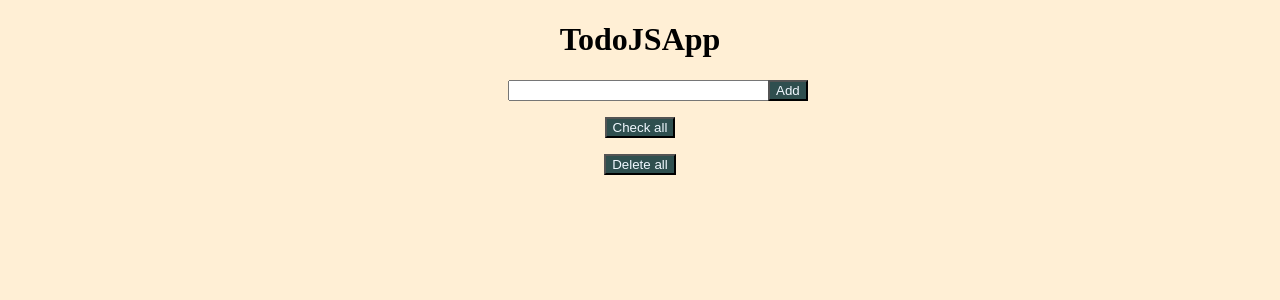
Repository: Follle/Todo
Page: index.html
The author's editor kept a copy of each file at every save. The page is drawn from the files as they stood at one save, then again after a run of saves.
The browser window is 1280 px wide. The pictures show the whole page.

Above is the page before, as saved 2024-03-21 17:15:24.

After the next 2 saves:
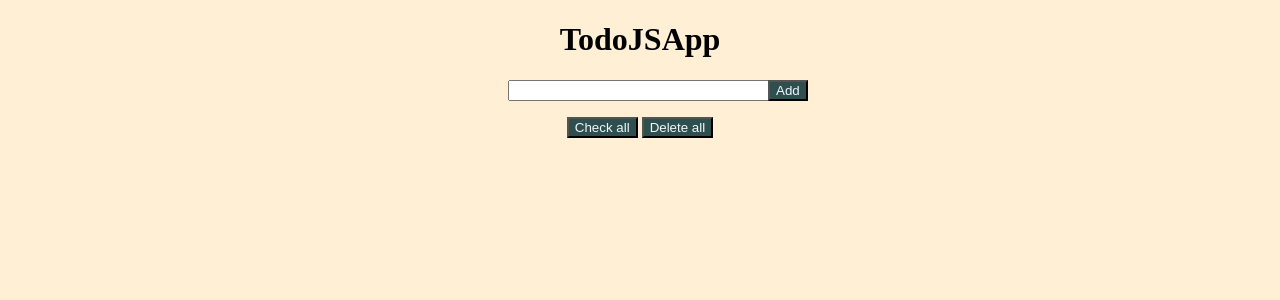
The 2 saves are shown as one change because they came seconds apart.
The last was saved 7 min 47 s later.
--- a/index.html
+++ b/index.html
@@ -17,7 +17,7 @@
     <p style="position: fixed; top:64px; left:60% "><button style = "background:#2F4F4F; color:aliceblue" class="add-btn">Add</button>
     <p style=" top:1"><input maxlength="25" size="30" class="i-1"></p>
     <div class="tasks-list"></div>
-    <p><button style = "background:#2F4F4F; color:aliceblue" class="i-2">Check all</button>
-    <p><button style = "background:#2F4F4F; color:aliceblue" class="i-3">Delete all</button>
+    <button style = "background:#2F4F4F; color:aliceblue" class="i-2">Check all</button>
+    <button style = "background:#2F4F4F; color:aliceblue" class="i-3">Delete all</button>
  </body>
 </html>
